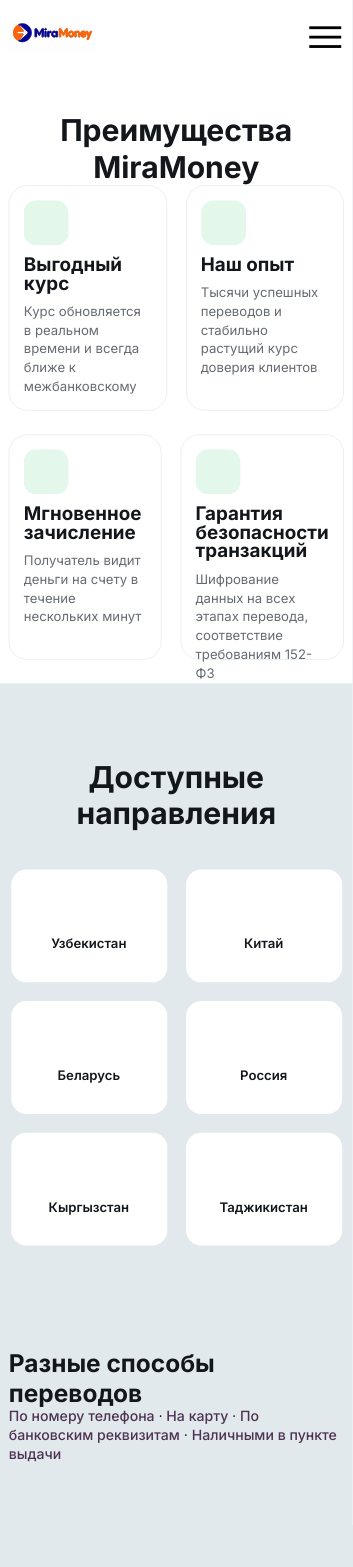
Repository: Shaiyr1/mira-money
Page: index.html
An editor plug-in stored every save of this project. The page is shown before and after a run of saves, followed by the edit.
The browser window is 375 px wide. The pictures show the whole page, at 94% of full size.
After loading, the first visible `div.header-menu` was clicked once.

Above is the page before, as saved 2026-10-26 16:37:45.

### index.html
<!DOCTYPE html>
<html lang="en">
<head>
    <meta charset="UTF-8">
    <meta http-equiv="X-UA-Compatible" content="IE=edge">
    <meta name="viewport" content="width=device-width, initial-scale=1.0">
    <link rel="stylesheet" href="/src/css/style.css">
    <title>Document</title>
</head>
<body>
    <header class="header">
        <nav class="header-nav">
            <a class="header-nav__link" href="">
                <img class="header-nav__link-logo" src="./src/img/logo.svg" alt="logo">
            </a>
            <ul class="header-nav__ul">
                <li class="header-nav__li">
                    <a class="header-nav__li-link" href="#how">Как это работает</a>
                </li>
                <li class="header-nav__li">
                    <a class="header-nav__li-link" href="#direction">Направления</a>
                </li>
                <li class="header-nav__li">
                    <a class="header-nav__li-link" href="#tarifs">Тарифы</a>
                </li>
                <li class="header-nav__li">
                    <a class="header-nav__li-link" href="#quastion">Вопросы</a>
                </li>
            </ul>
            <div class="header-nav__sign">
                <a class="header-nav__sign-link" href="">Войти</a>
                <button class="header-nav__sign-btn">Начать перевод</button>
            </div>
            <div class="header-menu">
                <span></span>
                <span></span>
                <span></span>
            </div>
        </nav>
    </header>
    <main class="main">
        <section class="home">
            <div class="container">

            </div>
        </section>
        <section class="advantages" id="how">
            <div class="container">
                <h2 class="advantages__title">
                    Преимущества MiraMoney
                </h2>
                <div class="advantages-blocks">
                    <div class="advantages-block">
                        <img class="advantages-block__icon" src="./src/img/icon.svg" alt="icon">
                        <h5 class="advantages-block__title">Выгодный курс</h5>
                        <p class="advantages-block__subtitle">Курс обновляется в реальном времени и всегда ближе к межбанковскому</p>
                    </div>
                    <div class="advantages-block">
                        <img class="advantages-block__icon" src="./src/img/icon.svg" alt="icon">
                        <h5 class="advantages-block__title">Наш опыт</h5>
                        <p class="advantages-block__subtitle">Тысячи успешных переводов и стабильно растущий курс доверия клиентов</p>
                    </div>
                </div>
                <div class="advantages-blocks">
                    <div class="advantages-block">
                        <img class="advantages-block__icon" src="./src/img/icon.svg" alt="icon">
                        <h5 class="advantages-block__title">Мгновенное зачисление</h5>
                        <p class="advantages-block__subtitle">Получатель видит деньги на счету в течение нескольких минут</p>
                    </div>
                    <div class="advantages-block">
                        <img class="advantages-block__icon" src="./src/img/icon.svg" alt="icon">
                        <h5 class="advantages-block__title">Гарантия безопасности транзакций</h5>
                        <p class="advantages-block__subtitle">Шифрование данных на всех этапах перевода, соответствие требованиям 152-ФЗ</p>
                    </div>
                </div>
            </div>
        </section>
        <section class="description" id="direction">
            <div class="container">
                <h2 class="description__title">Доступные направления</h2>
                <div class="description-items">
                    <div class="description-item">
                        <p class="description-item__country">Узбекистан</p>
                    </div>
                    <div class="description-item">
                        <p class="description-item__country">Китай</p>
                    </div>
                    <div class="description-item">
                        <p class="description-item__country">Беларусь</p>
                    </div>
                    <div class="description-item">
                        <p class="description-item__country">Россия</p>
                    </div>
                    <div class="description-item">
                        <p class="description-item__country">Кыргызстан</p>
                    </div>
                    <div class="description-item">
                        <p class="description-item__country">Таджикистан</p>
                    </div>
                </div>
                <div class="description__ways">
                    <h3 class="description__ways-title">Разные способы переводов</h3>
                    <p class="description__ways-subtitle"><a href=""> По номеру телефона</a>  ·  <a href="">На карту</a>  ·
                        <a href="">По банковским реквизитам </a>  ·  <a href="">Наличными в пункте выдачи</a> </p>
                </div>
            </div>
        </section>
    </main>
    <footer class="footer">
        <div class="container">

        </div>
    </footer>

    <script>
        const menu = document.querySelector(".header-nav__ul");
        const burger = document.querySelector(".header-menu");

        burger.addEventListener("click", () => {
            menu.classList.toggle("active");
        });
    </script>
</body>
</html>

### src/css/style.css
@import url('https://fonts.googleapis.com/css2?family=Inter:ital,opsz,wght@0,14..32,100..900;1,14..32,100..900&display=swap');

* {
    margin: 0;
    padding: 0;
    box-sizing: border-box;
}
html {
    scroll-behavior: smooth;
}
.container {
    width: 1280px;
    margin: 0 auto;
}

.header {}

.header-nav {
    width: 95%;
    height: 84px;
    margin: 0 auto;
    display: flex;
    align-items: center;
}

.header-nav__link {}

.header-nav__link-logo {}

.header-nav__ul {
    margin-left: 120px;
    display: flex;
    align-items: center;
    gap: 32px;
}

.header-nav__li {
    list-style-type: none;
}

.header-nav__li-link {
    text-decoration: none;
    color: #3f444c;
    font-size: 14px;
    font-family: Inter;
    font-weight: 500;
    transition: 0.4s;
}

.header-nav__li-link:hover {
    color: #0c8c47;
    transition: 0.4s;
    font-size: 14.5px;
}

.header-nav__sign {
    margin-left: auto;
    display: flex;
    align-items: center;
    gap: 12px;
}

.header-nav__sign-link {
    text-decoration: none;
    color: #3f454c;
    font-size: 14px;
    font-family: Inter;
    font-weight: 600;
    transition: 0.4s;
}

.header-nav__sign-link:hover {
    color: #0c8c47;
    transition: 0.4s;
    font-size: 14.5px;

}

.header-nav__sign-btn {
    background-color: #0c8c47;
    width: 180px;
    height: 44px;
    border-radius: 8px;
    color: #ffffff;
    font-size: 14px;
    font-family: Inter;
    font-weight: 600;
    border: none;
    cursor: pointer;
    transition: 0.4s;
}

.header-nav__sign-btn:hover {
    background-color: rgb(0, 96, 0);
    transition: 0.4s;
}



.advantages {
    padding-top: 40px;
}

.advantages__title {
    color: #13171b;
    text-align: center;
    font-size: 32px;
    font-family: Inter;
    font-weight: 700;
}

.advantages-blocks {
    width: 100%;
    display: flex;
    align-items: center;
    gap: 24px;
    margin-bottom: 40px;
}

.advantages-block {
    width: 50%;
    border: 1px solid #eaedef;
    border-radius: 20px;
    padding: 28px;
    display: flex;
    flex-direction: column;
    align-items: flex-start;
    gap: 10px;
}

.advantages-block__icon {}

.advantages-block__title {
    color: #13171b;
    font-size: 20px;
    font-family: Inter;
    font-weight: 700;

}

.advantages-block__subtitle {
    width: 400px;
    color: #666b72;
    text-align: left;
    font-size: 14px;
    font-family: Inter;
    line-height: 20px;
}




.description {
    padding: 80px 0;
    background-color: rgb(226, 233, 237);
}

.description__title {
    color: #13171b;
    text-align: center;
    font-size: 32px;
    font-family: Inter;
    font-weight: 700;
}

.description-items {
    margin-top: 40px;
    display: flex;
    justify-content: center;
    align-items: center;
    gap: 20px;
}

.description-item {
    background-color: #ffffff;
    width: 166px;
    height: 160px;
    border-radius: 16px;
}

.description-item__country {
    margin-top: 100px;
    color: #13171b;
    text-align: center;
    vertical-align: text-top;
    font-size: 14px;
    font-family: Inter;
    font-weight: 600;
}

.description__ways {
    margin-top: 80px;
    padding: 30px 0;
}

.description__ways-title {
    color: #13171b;
    text-align: left;
    font-size: 26px;
    font-family: Inter;
    font-weight: 700;
}

.description__ways-subtitle {
    width: 548px;
    font-size: 15px;

}

.description__ways-subtitle a {
    color: #4d3352;
    text-align: left;
    font-size: 15px;
    font-family: Inter;
    font-weight: 500;
    text-decoration: none;
    line-height: 20px;
}



@media (max-width: 1024px) {
    .container {
        width: 95%;
    }

    .advantages-blocks {
        gap: 20px;
        margin-bottom: 25px;

    }
}

@media(max-width: 768px) {
    .header-nav {
        margin: 0 auto;
    }

    .header-nav__ul {
        margin-left: 20px;
        gap: 15px;
    }

    .header-nav__li-link {
        white-space: nowrap;
        font-size: 12px;
    }

    .advantages-block__subtitle {
        width: 100%;
    }

    .advantages-block__title {
        line-height: 20px;
    }

    .advantages-block {
        padding: 15px;
        height: 200px;
    }

    .description-item {
        background-color: #ffffff;
        width: 166px;
        height: 120px;
        border-radius: 16px;
    }

    .description-item__country {
        margin-top: 70px;
    }



}

@media(max-width: 480px) {
    .header-nav {
        height: 79px;
    }
    .header-nav__ul {
        display: none;
    }
    .header-nav__sign {
        display: none;
    }
    .header-menu {
        width: 40px;
        margin-left: auto;
        display: flex;
        flex-direction: column;
        justify-content: center;
        align-items: center;
        gap: 7px;
    }
    .header-menu span {
        width: 34px;
        height: 3px;
        background-color: black;
        display: block;
    }
    .active {

    }
    h2 {
        font-size: 24px;
    }
    .advantages-block {
        padding: 15px;
        height: 240px;
    }
    .description-items {
        flex-wrap: wrap;
    }
    .description__ways-subtitle {
        width: auto;
    }
}

After the next 3 saves:
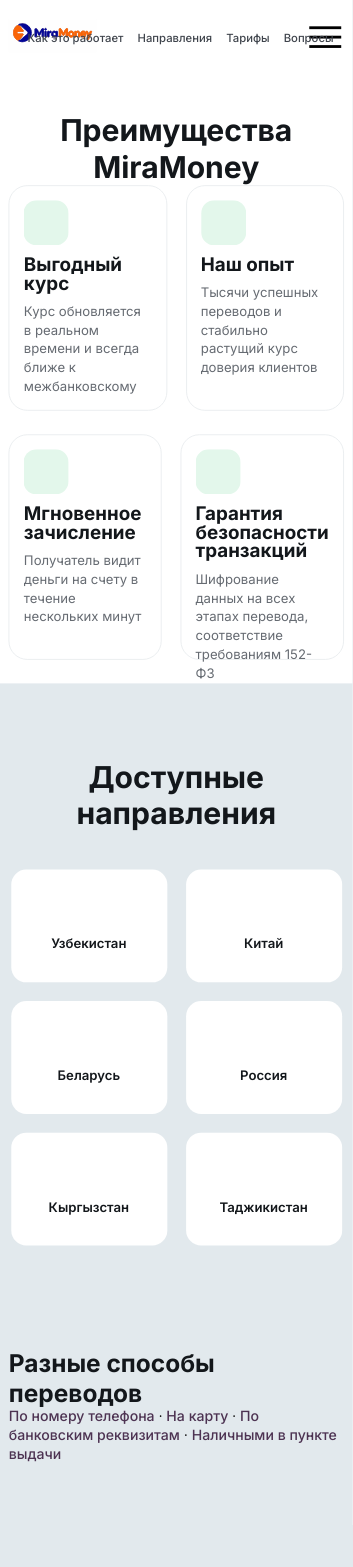
The 3 saves are shown as one change because they came seconds apart.
The last was saved 10 s later.
--- a/src/css/style.css
+++ b/src/css/style.css
@@ -300,7 +300,8 @@
         display: block;
     }
     .active {
-
+        display: flex;
+        position: absolute;
     }
     h2 {
         font-size: 24px;
